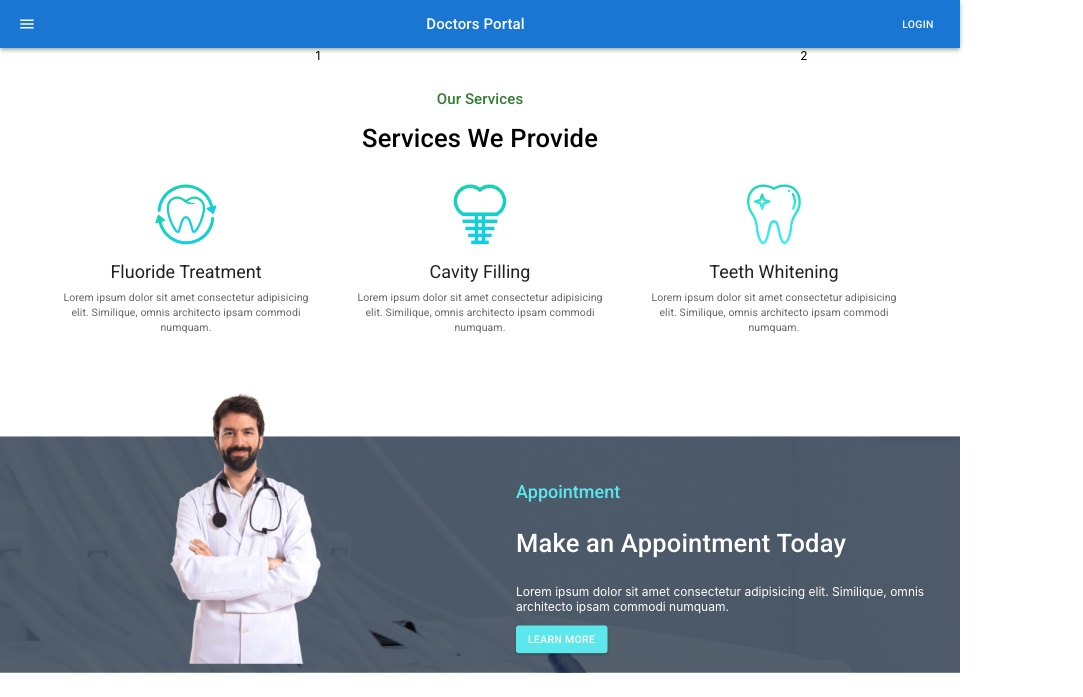
Repository: Sharif-00112/doctors-portal-client
Page: /
An editor plug-in stored every save of this project. The page is shown before and after the next save, followed by the edit.
The browser window is 1280 px wide. The page is 1288 px wide, then 1444 px, so the pictures cover 1444 px, including what lies to the right of the window. The pictures show the whole page, at 75% of full size.
The project was rebuilt for these pictures with package versions that can differ from the ones it lists, and the page was loaded fresh each time.

Above is the page before, as saved 2022-11-01 17:05:49.

### public/index.html
<!DOCTYPE html>
<html lang="en">
  <head>
    <meta charset="utf-8" />
    <link rel="icon" href="%PUBLIC_URL%/favicon.ico" />
    <meta name="viewport" content="width=device-width, initial-scale=1" />
    <meta name="theme-color" content="#000000" />
    <meta
      name="description"
      content="Web site created using create-react-app"
    />
    <link
      rel="stylesheet" href="https://fonts.googleapis.com/css?family=Roboto:300,400,500,700&display=swap"
    />

    <link rel="apple-touch-icon" href="%PUBLIC_URL%/logo192.png" />
    <!--
      manifest.json provides metadata used when your web app is installed on a
      user's mobile device or desktop. See https://developers.google.com/web/fundamentals/web-app-manifest/
    -->
    <link rel="manifest" href="%PUBLIC_URL%/manifest.json" />
    <!--
      Notice the use of %PUBLIC_URL% in the tags above.
      It will be replaced with the URL of the `public` folder during the build.
      Only files inside the `public` folder can be referenced from the HTML.

      Unlike "/favicon.ico" or "favicon.ico", "%PUBLIC_URL%/favicon.ico" will
      work correctly both with client-side routing and a non-root public URL.
      Learn how to configure a non-root public URL by running `npm run build`.
    -->
    <title>React App</title>
  </head>
  <body>
    <noscript>You need to enable JavaScript to run this app.</noscript>
    <div id="root"></div>
    <!--
      This HTML file is a template.
      If you open it directly in the browser, you will see an empty page.

      You can add webfonts, meta tags, or analytics to this file.
      The build step will place the bundled scripts into the <body> tag.

      To begin the development, run `npm start` or `yarn start`.
      To create a production bundle, use `npm run build` or `yarn build`.
    -->
  </body>
</html>

### src/App.js
import './App.css';
import { BrowserRouter as Router, Route, Routes} from 'react-router-dom';
import Home from './Pages/Home/Home/Home';

function App() {
  return (
    <div className="App">
      <Router>
        {/* <Header></Header> */}
        <Routes>
          <Route exact path = '/' element={<Home/>}/>
          <Route exact path = '/home' element={<Home/>}/>
          <Route exact path = '*' element={<Home/>}/>
        </Routes>
        {/* <Footer></Footer> */}
      </Router>
    </div>
  );
}

export default App;

### src/Pages/Home/Home/Home.js
import React from 'react';
import Navigation from '../../Shared/Navigation/Navigation';
import AppointmentBanner from '../AppointmentBanner/AppointmentBanner';
import Banner from '../Banner/Banner';
import Services from '../Services/Services';

const Home = () => {
    return (
        <div>
            {/* <h2>This is Home</h2> */}
            <Navigation></Navigation>
            <Banner></Banner>
            <Services></Services>
            <AppointmentBanner></AppointmentBanner>
        </div>
    );
};

export default Home;

### src/Pages/Shared/Navigation/Navigation.js
import React from 'react';
import AppBar from '@mui/material/AppBar';
import Box from '@mui/material/Box';
import Toolbar from '@mui/material/Toolbar';
import Typography from '@mui/material/Typography';
import Button from '@mui/material/Button';
import IconButton from '@mui/material/IconButton';
import MenuIcon from '@mui/icons-material/Menu';

const Navigation = () => {
    return (
        <div>
            <Box sx={{ flexGrow: 1 }}>
                <AppBar position="static">
                    <Toolbar>
                        <IconButton
                            size="large"
                            edge="start"
                            color="inherit"
                            aria-label="menu"
                            sx={{ mr: 2 }}
                        >
                            <MenuIcon />
                        </IconButton>
                        <Typography variant="h6" component="div" sx={{ flexGrow: 1 }}>
                            Doctors Portal
                        </Typography>
                        <Button color="inherit">Login</Button>
                    </Toolbar>
                </AppBar>
            </Box>
        </div>
    );
};

export default Navigation;

### src/Pages/Home/AppointmentBanner/AppointmentBanner.js
import React from 'react';
import Box from '@mui/material/Box';
import Grid from '@mui/material/Unstable_Grid2';
import Typography from '@mui/material/Typography';

import doctor from '../../../images/images/doctor.png'
import bg from '../../../images/images/appointment-bg.png'
import { Button } from '@mui/material';

const appointmentBanner = {
    background: `url(${bg})`,
    marginTop: 100,
    backgroundColor: 'rgba(45, 58, 74, 0.8)',
    backgroundBlendMode: 'darken, luminosity'
}

const AppointmentBanner = () => {
    return (
        <div>
            <Box style={appointmentBanner} sx={{ flexGrow: 1, mb:5 }}>
                <Grid container spacing={2}>
                    <Grid xs={12} md={6}>
                        <img
                           style={{width: 400, marginTop: '-105px' }}
                        src={doctor} alt="" />
                    </Grid>

                    <Grid xs={12} md={6} sx={{
                        display: 'flex',
                        justifyContent: 'flex-start',
                        textAlign: 'left',
                        alignItems: 'center'
                        }}>
                        <Box sx={{pl: 5}}>
                            <Typography sx={{ mb: 2, mt: 4, fontWeight: 500 }} style={{color: '#5CE7ED'}} variant="h5" component="div">
                                Appointment
                            </Typography>
                            <Typography sx={{ mb: 2, mt: 4, fontWeight: 500 }} style={{color: 'white'}} variant="h4" component="div">
                                Make an Appointment Today
                            </Typography>
                            <Typography sx={{ mb: 2, mt: 4 }} style={{color: 'white'}} variant="" component="div">
                                Lorem ipsum dolor sit amet consectetur adipisicing elit. Similique, omnis architecto ipsam commodi numquam.
                            </Typography>
                            <Button variant="contained" style={{backgroundColor: '#5CE7ED'}}>Learn More</Button>
                        </Box>
                    </Grid>
                </Grid>
            </Box>
        </div>
    );
};

export default AppointmentBanner;

### src/Pages/Home/Banner/Banner.js
import React from 'react';
import Box from '@mui/material/Box';
import Grid from '@mui/material/Grid';

import chair from '../../../images/images/chair.png'
import bg from '../../../images/images/bg.png'

const Banner = () => {
    return (
        <div>
            <Box sx={{ flexGrow: 1 }}>
            <Grid container spacing={2}>
                <Grid item xs={8}>
1
                </Grid>
                <Grid item xs={4}>
2
                </Grid>
            </Grid>
        </Box>
        </div>
    );
};

export default Banner;

### src/Pages/Home/Services/Services.js
import React from 'react';
import Box from '@mui/material/Box';
import Grid from '@mui/material/Unstable_Grid2';
import Typography from '@mui/material/Typography';
import { Container } from '@mui/material';
import Service from '../Service/Service';

import fluoride from '../../../images/images/fluoride.png';
import cavity from '../../../images/images/cavity.png'
import whitening from '../../../images/images/whitening.png'

const services = [
    {
        name: 'Fluoride Treatment',
        description: 'Lorem ipsum dolor sit amet consectetur adipisicing elit. Similique, omnis architecto ipsam commodi numquam.',
        img: fluoride
    },
    {
        name: 'Cavity Filling',
        description: 'Lorem ipsum dolor sit amet consectetur adipisicing elit. Similique, omnis architecto ipsam commodi numquam.',
        img: cavity
    },
    {
        name: 'Teeth Whitening',
        description: 'Lorem ipsum dolor sit amet consectetur adipisicing elit. Similique, omnis architecto ipsam commodi numquam.',
        img: whitening
    }
]

const Services = () => {
    return (
        <div>
            <Box sx={{ flexGrow: 1 }}>
                <Container>
                    <Typography sx={{ mb: 2, mt: 4, fontWeight: 500, color: 'success.main' }} variant="h6" component="div">
                        Our Services
                    </Typography>
                    <Typography sx={{ mb: 3, fontWeight: 500 }} variant="h4" component="div">
                        Services We Provide
                    </Typography>

                    <Grid container spacing={{ xs: 2, md: 3 }} columns={{ xs: 4, sm: 8, md: 12 }}>
                        {
                            services.map(service => (
                                <Grid xs={2} sm={4} md={4} key={service.name}>
                                <Service
                                    key = {service.name}
                                    service = {service}
                                ></Service>
                            </Grid>
                            ))
                        }
                    </Grid>
                </Container>
            </Box>
        </div>
    );
};

export default Services;

### src/Pages/Home/Service/Service.js
import React from 'react';
import Card from '@mui/material/Card';
// import CardActions from '@mui/material/CardActions';
import CardContent from '@mui/material/CardContent';
// import Button from '@mui/material/Button';
import Typography from '@mui/material/Typography';
import CardMedia from '@mui/material/CardMedia';

const Service = (props) => {
    const {name, description, img} = props.service
    return (
        <div>
            <Card sx={{ minWidth: 275, border: 0, boxShadow: 0, mt: 1.5 }}>
                <CardMedia
                    component="img"
                    style={{width: 'auto', height: '80px', margin: '4px auto'}}
                    image={img}
                    alt={name}
                />
                <CardContent>
                    <Typography sx={{ mb: 1 }} variant="h5" component="div">
                        {name}
                    </Typography>
                    <Typography sx={{ mb: 1.5 }} variant="body2" color="text.secondary">
                        {description}
                    </Typography>
                </CardContent>
                {/* <CardActions>
                    <Button size="small">Learn More</Button>
                </CardActions> */}
            </Card>
        </div>
    );
};

export default Service;

Loaded but not shown: src/index.js (common file); src/index.css (common file); src/reportWebVitals.js (common file); src/App.css (common file)

After the next save:
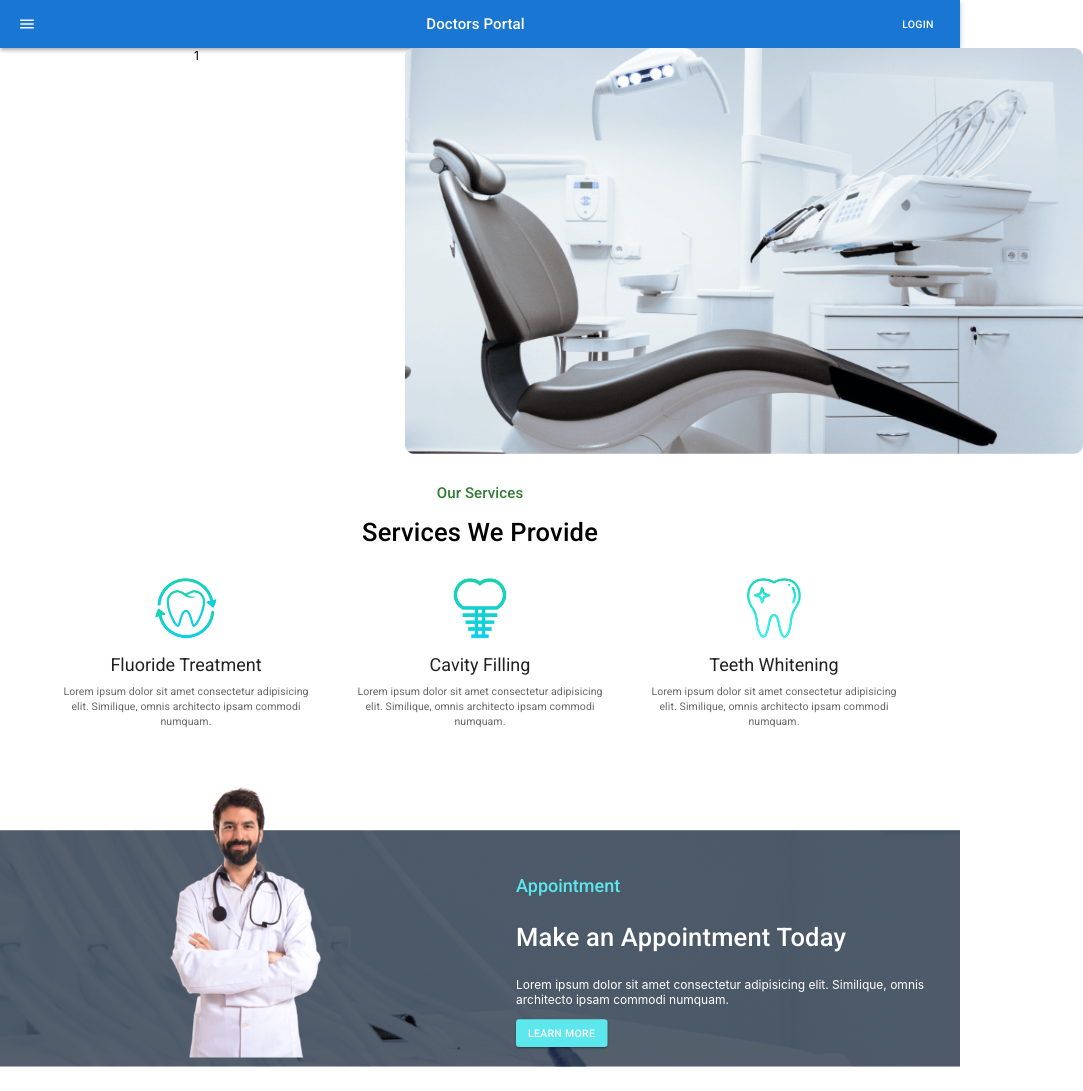
Saved 2 min 11 s later.
--- a/src/Pages/Home/Banner/Banner.js
+++ b/src/Pages/Home/Banner/Banner.js
@@ -10,11 +10,11 @@ const Banner = () => {
         <div>
             <Box sx={{ flexGrow: 1 }}>
             <Grid container spacing={2}>
-                <Grid item xs={8}>
+                <Grid item xs={12} md={5}>
 1
                 </Grid>
-                <Grid item xs={4}>
-2
+                <Grid item xs={12} md={7}>
+                    <img src={chair} alt="" />
                 </Grid>
             </Grid>
         </Box>
